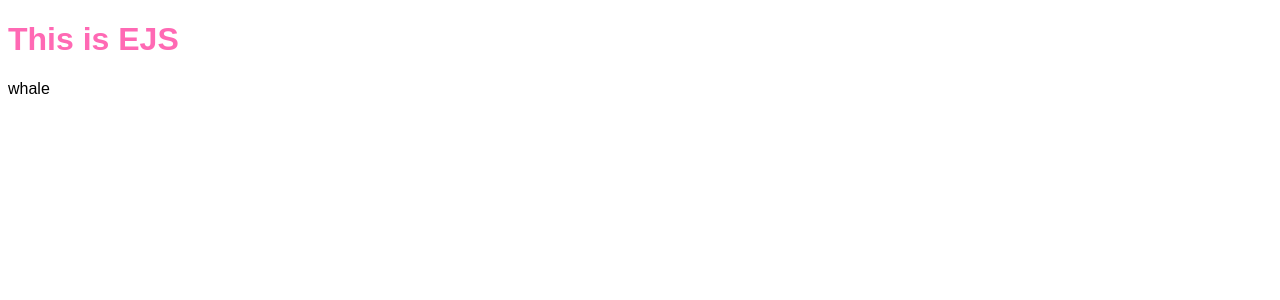
Repository: johnhongannguyen/Middleware-express
Page: http://localhost/view-test
The author's editor kept a record of every edit. The page is drawn from the files as they stood at one moment, then again after a run of edits.
The browser window is 1280 px wide. The pictures show the whole page.
The page is served by the project's Node server (app.js).

Above is the page before.

After the next 2 edits:
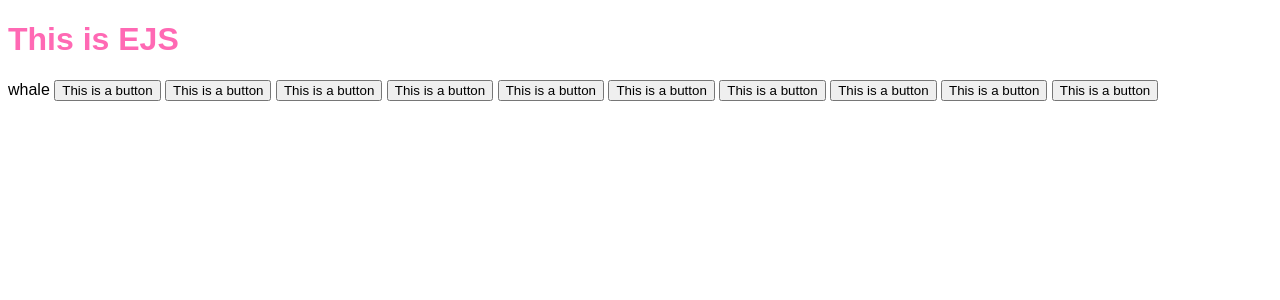
The 2 edits are shown as one change because 1 did not build or start.
The edit:
--- a/views/view-test.ejs
+++ b/views/view-test.ejs
@@ -13,9 +13,9 @@
 
     <p>
         <%- animal %>
-        <% for(let i=0;i<10;i++){
-
-        } %>
+        <% for(let i=0;i<10;i++){ %>
+            <button>This is a button</button>
+       <% } %>
 
 
     </p>
